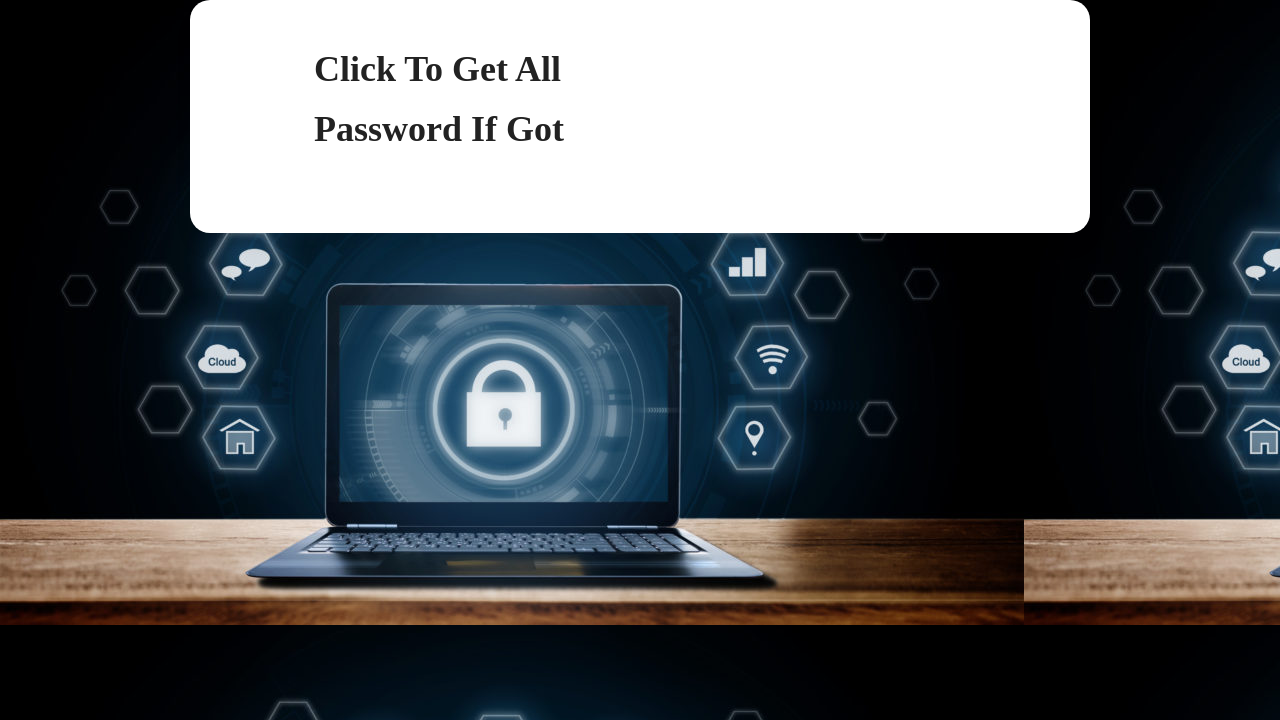
Repository: Sunil-731820/AllWorkingModels
Page: http://localhost/PasswordManagerApp/ShowAllPassword.jsp
These files come from the project's save history. The page is drawn as it stood at one moment and after the next save; the edit follows.
The browser window is 1280 px wide. The pictures show the whole page.
Some web fonts or font styles are not loaded; a fallback is used. Some web libraries are served in a nearby version. The page is served by Tomcat 9.

Above is the page before, as saved 2022-09-28 04:25:47.

After the next save:
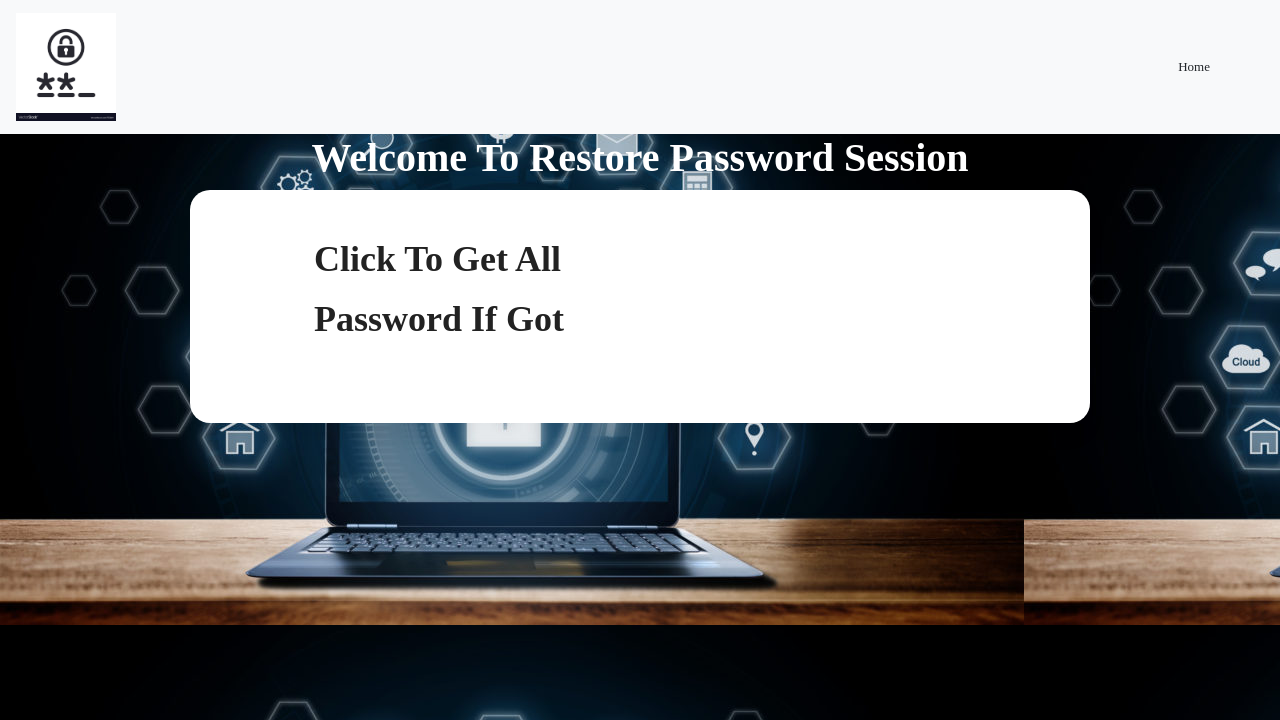
Saved 36 s later.
--- a/PasswordManagerApp/src/main/webapp/ShowAllPassword.jsp
+++ b/PasswordManagerApp/src/main/webapp/ShowAllPassword.jsp
@@ -40,6 +40,26 @@
     </style>
 </head>
 <body>
+<nav class="navbar navbar-expand-md navbar-light bg-light">
+            <a href="#" class="navbar-brand"> <img src="img/icons.jpg"
+                                                   height="30" width="100" alt="Password">
+            </a>
+            <button type="button" class="navbar-toggler" data-toggle="collapse"
+                    data-target="#navbarCollapse">
+                <span class="navbar-toggler-icon"></span>
+            </button>
+
+            <div class="collapse navbar-collapse" id="navbarCollapse">
+                <div class="navbar-nav ml-auto" style="margin-right: 30px;">
+                    <a class="dropdown-item" href="HomePage.jsp">Home</a>
+                </div>
+            </div>
+        </nav>
+        <div>
+            <h1>
+                <b>Welcome To Restore Password Session</b>
+            </h1>
+        </div>
 <form action="ShowAllPassword.jsp" method="get">
             <!-- Sign up form -->
             <section class="signup">
